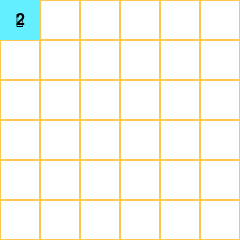
Repository: isabelcuddihy/decodeknight
Script's output: python knightstour.py
The author's editor kept a copy of each file at every save. The script's output is drawn from the files as they stood at one save, then again after the next save.
The window is shown after at most 60 frames with no key pressed. Random numbers start from a fixed seed.

Above is the script's output before, as saved 2026-03-26 12:54:31.

### knightstour.py
import copy
import time
import numpy as np
from knightstouragent import *
from warnsdorff import *

####################################################
# The Knight's Tour is a classic problem in which the goal is to move a knight around a chessboard, visiting each square exactly once.
# The knight moves in an L-shape: two squares in one direction and then one square perpendicular to that.
# The challenge is to find a sequence of moves that allows the knight to visit every square on the board without repeating any square.
# In this implementation, we will use:
# A GUI to visualize the knight's movements on the chessboard.
# A grid to represent the chessboard, where each cell can be marked with the number move the knight just made and the knight's current position is indicated by a knight symbol.
# The objective is to find a sequence of moves that allows the knight to visit every square on the board without overlap and without having to backtrack/undo moves.
# Additional constraints can be added to make the problem more challenging, such as introducing obstacles on the board like "dead" squares and mandating the final square to be at a certain location..




####################################################


game = Chessboard(GUI=True, render_delay_sec=0.5, grid_length=6,grid_width= 6, obstacle_boxes=0)
currentKnightPos, grid, placedKnights, done = game.execute('export')
np.savetxt('initial_grid.txt', grid, fmt="%d")

currentKnightPos,grid, placedKnights, done = game.execute('export')


print(currentKnightPos,  grid, placedKnights, done)


####################################################
# Timing your code's execution for metrics.
####################################################

start = time.time()  # <- do not modify this.



def get_valid_moves(current_pos, grid):
    """
    Returns a list of (x, y) tuples for all legal knight moves
    from the current position that land on unvisited (-1) squares.
    """
    x, y = current_pos
    grid_size = grid.shape[0] # assuming a square chessboard/numpy matrix

    # defining all 8 possible "L" knight steps
    possible_steps = [
        (2, 1), (2, -1), (-2, 1), (-2, -1),
        (1, 2), (1, -2), (-1, 2), (-1, -2)
    ]

    valid = []

    for x1, y1 in possible_steps:
        new_x, new_y = x + x1, y + y1

        # check if the move is within the grid boundaries
        if 0 <= new_x < grid_size and 0 <= new_y < grid_size:

            # check if the cell is unvisited (-1)
            if grid[new_y, new_x] == -1:
                valid.append((new_x, new_y))

    return valid


def warnsdorff_solver(current_pos, move_count):
    # base case: knight has filled the whole board
    if move_count == (grid_size * grid_size):
        return True

    # get nodes and their Warnsdorff scores
    nodes = valid_moves(current_pos)

    # sort nodes by the number of onward moves they have
    nodes.sort(key=lambda c: len(valid_moves(c)))

    for next_move in nodes:
        # move to the square
        game.execute("place", next_move)

        # recursively try to solve from the new position
        if warnsdorff_solver(next_move, move_count + 1):
            return True

        # if we fail (dead end) then backtrack
        game.execute("undo")

    return False



currentKnightPos, grid, placedKnights, done = game.execute('place', (0, 0))
currentKnightPos,  grid, placedKnights, done = game.execute('place', (2, 1))
currentKnightPos, grid, placedKnights, done = game.execute('place', (4, 2))


end=time.time()
print(f"Solved with {end-start} seconds of execution time!")

game._main()


np.savetxt('grid.txt', grid, fmt="%d")
with open("final_grid.txt", "w") as outfile:
    outfile.write(str(filledSpaces))

### knightstouragent.py
import time
import pygame
import numpy as np
import random
import warnsdorff

class Chessboard:
    def __init__(self, GUI=True, render_delay_sec=0.1, grid_length=6, grid_width = 6, starting_knight_pos=(0, 0), obstacle_boxes=5):
        # Constants
        self.gridSize = grid_length #eventually need to do something with width too for m x n grids
        self.cellSize = 40
        self.screenSize = self.gridSize * self.cellSize
        self.fps = 60
        self.sleeptime = render_delay_sec
        self.currentKnightPos = [0, 0]
        self.placedKnights = [(self.currentKnightPos[0], self.currentKnightPos[1])] # List to track prev ious knight positions in order (position, move number)
        self.obstacle_boxes = obstacle_boxes


        #Design choices for numbers and colors for GUI
        self.black = (0,0,0)
        self.white = (255, 255, 255)
        self.blue = (254, 198, 78)
        self.status = ["#FFFFFF", "#64EFFF"]  # empty, visited

        # Shape definitions represented by arrays
        self.moves = [ (1, -2), # 2 left 1 up
                      (-1, -2),  # 2 left 1 down
                      (1, 2), # 2 right 1 up
                      (-1, 2), # 2 right 1 down
                      (-2, 1),  # 2 up 1 left
                      (-2, -1), # 2 up 1 right
                      (2, 1), # 2 down 1 left
                      (2, -1)# 2 down 1 right
        ]


        # Global variables (now instance attributes)
        self.screen = None
        self.clock = None
        self.grid = np.full((self.gridSize, self.gridSize), -1)
        self.moveChoice = 0 # Index to track the current move choice from self.moves
        self.done = False


        # Initialize grid with random obstacles - In Progress
        # self._addRandomColoredBoxes(self.grid, num_colored_boxes)

        # Initialize the graphical interface (if enabled)
        if GUI:
            pygame.init()
            pygame.font.init()
            self.font = pygame.font.SysFont(None, 24)
            # Draw knight symbol on current position
            self.knight_font = pygame.font.SysFont("applesymbols", 28) # font that supports chess symbols
            self.screenSize = self.gridSize * self.cellSize
            self.screen = pygame.display.set_mode((self.screenSize, self.screenSize))
            pygame.display.set_caption("Chessboard")
            self.clock = pygame.time.Clock()

            self._refresh()
    # Movements of the knight
    def execute(self, command='e', position=None):
        # Command-based environment interaction similar to Gym
        if command.lower() in ['e', 'export']:
            new_event = pygame.event.Event(pygame.KEYDOWN, unicode='e', key=ord('e'))
            try:
                pygame.event.post(new_event)
                self._refresh()
            except:
                pass
            return self.currentKnightPos, self.grid, self.placedKnights, self.done
        elif command.lower() in ['p', 'place']:
            if self.canPlace(self.grid,  self.currentKnightPos):
                self._placeKnight(self.grid, self.currentKnightPos, position[0], position[1])
                self.currentKnightPos = (position[0], position[1])
                self.placedKnights.append(( self.currentKnightPos))
                self._exportGridState(self.grid)
                new_event = pygame.event.Event(pygame.KEYDOWN, unicode='p', key=ord('p'))
                try:
                    pygame.event.post(new_event)
                    self._refresh()
                except:
                    pass
                if self.checkGrid(self.grid):
                    self.done = True
                else:
                    self.done = False

        elif command.lower() in ['u', 'undo']:
            if self.placedKnights:
                last_knight_pos= self.placedKnights[-1]
                self.placedKnights.pop()
                self._removeKnight(self.grid, last_knight_pos)
                if self.checkGrid(self.grid):
                    self.done = True
                else:
                    self.done = False
                new_event = pygame.event.Event(pygame.KEYDOWN, unicode='u', key=ord('u'))
                try:
                    pygame.event.post(new_event)
                    self._refresh()
                except:
                    pass

        return self.currentKnightPos, self.grid, self.placedKnights, self.done

    def canPlace(self, grid, pos):
        # Does knight fit in grid and is position empty
        if pos[0]  >= self.gridSize or pos[1] >= self.gridSize or pos[0] < 0 or pos[1] < 0:
            return False
        # Check for filled square
        if grid[pos[0]][pos[1]] != -1:
            return False
        return True

    def checkGrid(self, grid):
        # Ensure all cells are filled
        if -1 in grid:
            return False

        return True

    # All other methods are private (no requirement for public)

    def _drawGrid(self, screen):
        for x in range(0, self.screenSize, self.cellSize):
            for y in range(0, self.screenSize, self.cellSize):
                rect = pygame.Rect(x, y, self.cellSize, self.cellSize)
                pygame.draw.rect(screen, self.blue, rect, 1)

    def _placeKnight(self, grid, pos, x_move, y_move):
        grid[x_move][y_move] = len(self.placedKnights) + 1


    def _removeKnight(self, grid, pos):
        grid[pos[0]][pos[1]] = -1

    def _exportGridState(self, grid):
        ## To export the grid for debug purposes.
        return grid

    def _importGridState(self, gridState):
        ## Can be used to import a grid for same atarting conditions from a file.
        grid = np.array([ord(char) - 65 for char in gridState]).reshape((self.gridSize, self.gridSize))
        return grid

    def _refresh(self):
        if not self.screen:
            return
        self.screen.fill(self.white)
        self._drawGrid(self.screen)

        # Draw visited squares with move numbers
        for i in range(self.gridSize):
            for j in range(self.gridSize):
                if self.grid[i, j] != -1:
                    rect = pygame.Rect(j * self.cellSize, i * self.cellSize, self.cellSize, self.cellSize)
                    pygame.draw.rect(self.screen, self.status[1], rect)
                    move_number = self.grid[i, j]
                    if move_number > 0:
                        text = self.font.render(str(move_number), True, self.black)
                        text_rect = text.get_rect(center=rect.center)
                        self.screen.blit(text, text_rect)

        # Draw knight symbol on current position - outside the loop
        knight_text = self.knight_font.render("♞", True, self.black)
        knight_rect = knight_text.get_rect(center=(
            self.currentKnightPos[1] * self.cellSize + self.cellSize // 2,
            self.currentKnightPos[0] * self.cellSize + self.cellSize // 2
        ))
        self.screen.blit(knight_text, knight_rect)

        pygame.display.flip()
        self.clock.tick(self.fps)
        time.sleep(self.sleeptime)

    # def _addRandomColoredBoxes(self, grid, num_boxes=5):
    #     ## Adds the random colored boxes.
    #     empty_positions = list(zip(*np.where(grid == -1)))
    #     random_positions = random.sample(empty_positions, min(num_boxes, len(empty_positions)))

    #     # Place random colored boxes at selected positions
    #     for pos in random_positions:
    #         color_index = self.getAvailableColor(grid, pos[1], pos[0])
    #         grid[pos[0], pos[1]] = color_index

    def _loop_gui(self):
        ## Main Loop for the GUI
        running = True
        while running:
            for event in pygame.event.get():
                if event.type == pygame.QUIT:
                    running = False
            self.screen.fill(self.white)
            self._drawGrid(self.screen)
            pygame.display.flip()
            self.clock.tick(self.fps)
            self._refresh()

        pygame.quit()

    def _printGridState(self, grid):
        ## Utility method. Can be used for debugging.
        for row in grid:
            print(' '.join(f'{cell:2}' for cell in row))
        print()
    def _status(self):
        ## Utility method. Can be used for debugging.
        print(f"Current Knight Position: {self.currentKnightPos}")
        print(f"Current Grid State:\n{self.grid}")
        print(f"Placed Knights: {self.placedKnights}")
        print(f"Done: {self.done}")


    def _main(self):
        ## Allows manual control over the environment.
        self._loop_gui()


if __name__ == "__main__":
    # printControls() and main() now encapsulated in the class:
    game = Chessboard(True, render_delay_sec=0.1, grid_length=6, grid_width=6, starting_knight_pos=(0, 0), obstacle_boxes=5)
    game._status()
    game._main()

### warnsdorff.py
def get_valid_moves(current_pos, grid):
    """
    Returns a list of (x, y) tuples for all legal knight moves
    from the current position that land on unvisited (-1) squares.
    """
    x, y = current_pos
    grid_size = grid.shape[0] # assuming a square chessboard/numpy matrix

    # defining all 8 possible "L" knight steps
    possible_steps = [
        (2, 1), (2, -1), (-2, 1), (-2, -1),
        (1, 2), (1, -2), (-1, 2), (-1, -2)
    ]

    valid = []

    for x1, y1 in possible_steps:
        new_x, new_y = x + x1, y + y1

        # check if the move is within the grid boundaries
        if 0 <= new_x < grid_size and 0 <= new_y < grid_size:

            # check if the cell is unvisited (-1)
            if grid[new_y, new_x] == -1:
                valid.append((new_x, new_y))

    return valid


def warnsdorff_solver(current_pos, move_count):
    # base case: knight has filled the whole board
    if move_count == (grid_size * grid_size):
        return True

    # get nodes and their Warnsdorff scores
    nodes = valid_moves(current_pos)

    # sort nodes by the number of onward moves they have
    nodes.sort(key=lambda c: len(valid_moves(c)))

    for next_move in nodes:
        # move to the square
        chessboard.execute("place", next_move)

        # recursively try to solve from the new position
        if warnsdorff_solver(next_move, move_count + 1):
            return True

        # if we fail (dead end) then backtrack
        chessboard.execute("undo")

    return False


# How recursion breaks:
# 1. The agent sees a node with a score of 0 (no onward moves) and because it's got the lowest score it picks it first
# 2. The agent calls solve(node_with_zero, move_count + 1)
# 3. Inside this new function call, nodes = valid_moves(current_pos) returns an empty list []
# 4. Since the list is empty the "for next_move in nodes:" loop never runs and is skipped entirely
# 5. this solve() call returns FALSE and exits out. chessboard.execute("undo") refills -1 in the matrix.
# 6. "for next_move in nodes" picks the next lowest node. If it has a score > 0, our recursive cycle begins again. If not we go through all nodes until we find one that does or backtrack a second time, and so on and so forth.

After the next save:
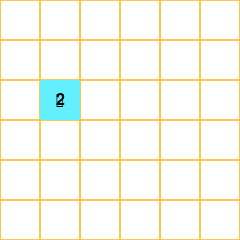
Saved 104 s later.
--- a/knightstour.py
+++ b/knightstour.py
@@ -93,10 +93,8 @@ def warnsdorff_solver(current_pos, move_count):
 
 
 
-currentKnightPos, grid, placedKnights, done = game.execute('place', (0, 0))
-currentKnightPos,  grid, placedKnights, done = game.execute('place', (2, 1))
-currentKnightPos, grid, placedKnights, done = game.execute('place', (4, 2))
-
+pos, grid, placed, done = game.execute('place', (2, 1))
+print(f"Placed at: {pos}, total placed: {len(placed)}")
 
 end=time.time()
 print(f"Solved with {end-start} seconds of execution time!")
